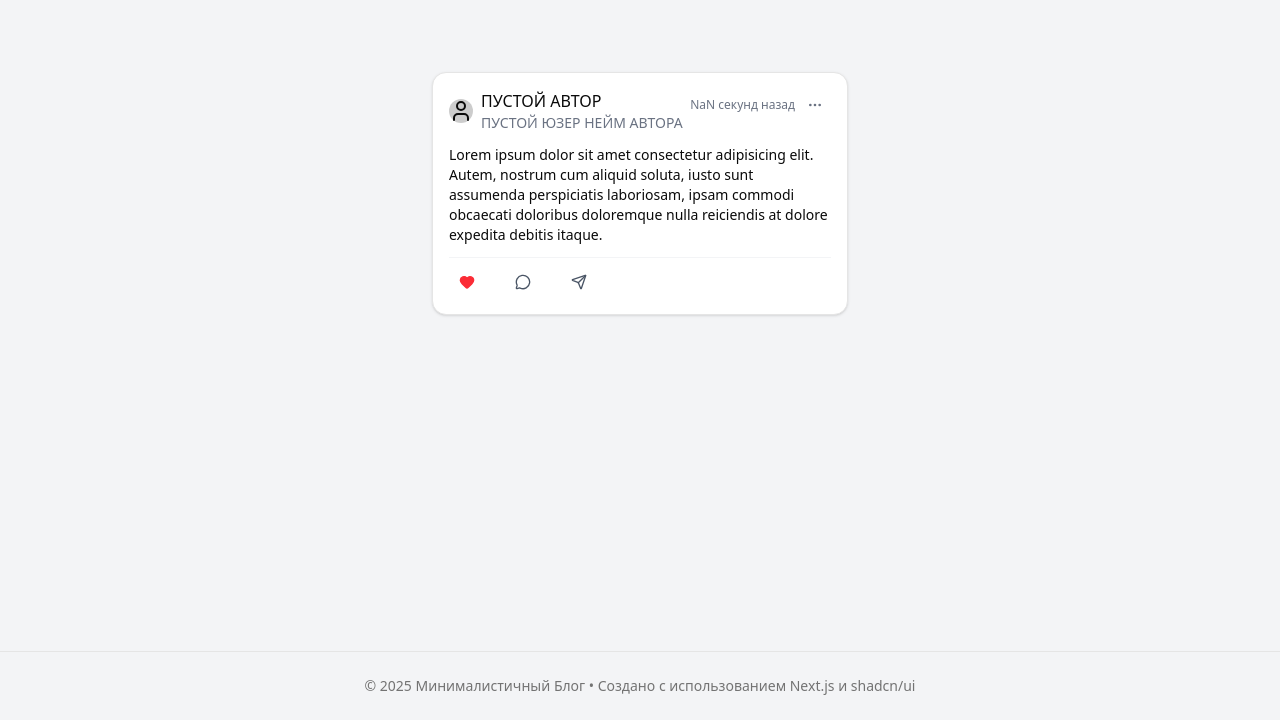
Repository: maxempolk/Telegram-channel
Page: /
An editor plug-in stored every save of this project. The page is shown before and after the next save, followed by the edit.
The browser window is 1280 px wide. The pictures show the whole page.
The project was rebuilt for these pictures with package versions that can differ from the ones it lists, and the page was loaded fresh each time. The framework's server and built-in components were replaced by stand-ins that run in the browser. Also part of the build but not shown: next.config.ts.

Above is the page before, as saved 2025-03-09 01:30:35.

After the next save:
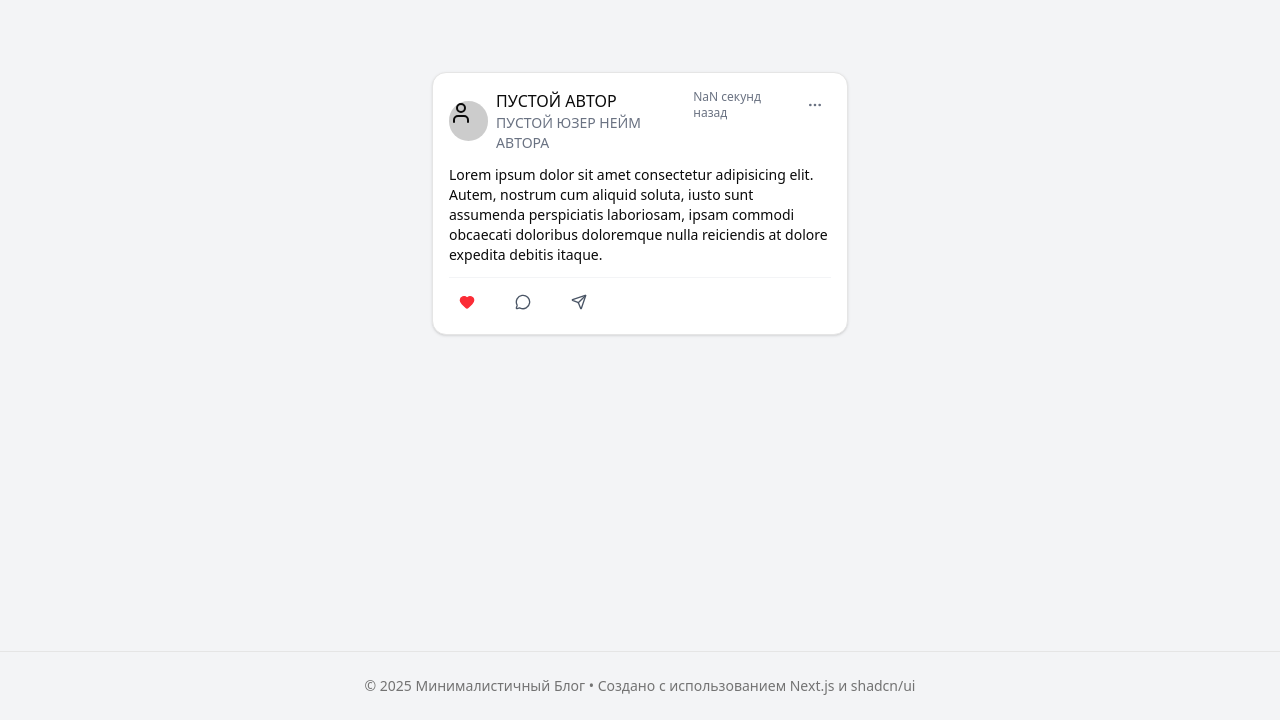
Saved 14 s later.
--- a/src/components/post/Post.tsx
+++ b/src/components/post/Post.tsx
@@ -42,7 +42,7 @@ const Post: FC<PostProps> = ({ post }) => {
         <CardContent className="p-4">
           <div className="flex justify-between items-start mb-3">
             <div className="flex items-center gap-2">
-              <div className="rounded-full bg-black/20 size-6">
+              <div className="size-10 rounded-full bg-black/20">
                 <User />
               </div>
               <div>
